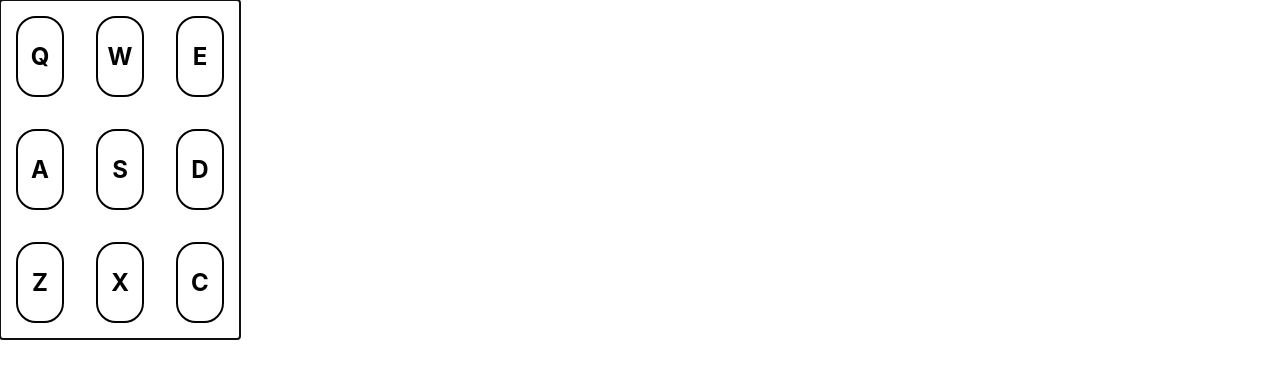
Repository: milac0/drum-machine
Page: /
The author's editor kept a copy of each file at every save. The page is drawn from the files as they stood at one save, then again after the next save.
The browser window is 1280 px wide. The pictures show the whole page.
The project was rebuilt for these pictures with package versions that can differ from the ones it lists, and the page was loaded fresh each time.

Above is the page before, as saved 2019-10-25 17:24:59.

After the next save:
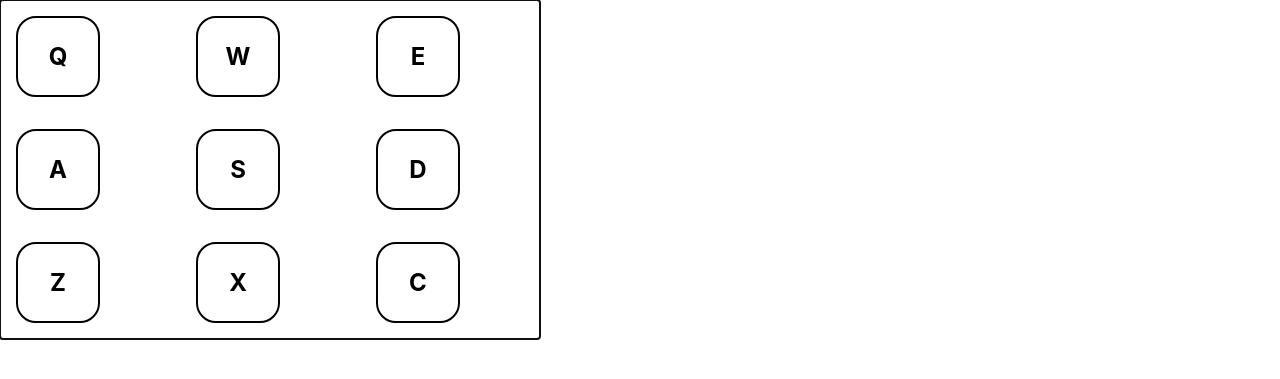
Saved 8 s later.
--- a/src/App.css
+++ b/src/App.css
@@ -11,7 +11,7 @@
 
 #drum-machine {
   display: inline-grid;
-  grid-template-columns: 80px 80px 80px;
+  grid-template-columns: 180px 180px 180px;
 }
 
 .drum-pad {
